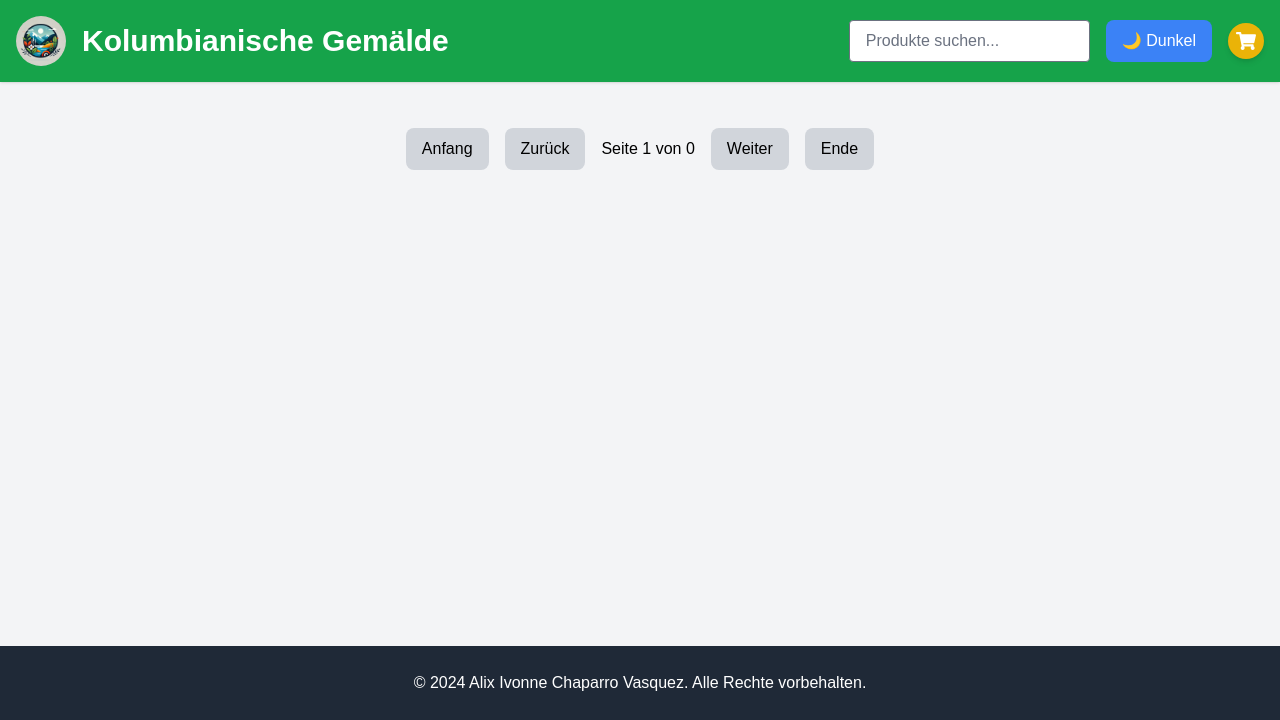
Repository: alixchaparrov/bilder-shop
Page: /
An editor plug-in stored every save of this project. The page is shown before and after the next save, followed by the edit.
The browser window is 1280 px wide. The pictures show the whole page.
The page's requests for data from a server got no answer. The project was rebuilt for these pictures with package versions that can differ from the ones it lists, and the page was loaded fresh each time. The framework's server and built-in components were replaced by stand-ins that run in the browser. No one was signed in, and anything a server would have sent is missing. Also part of the build but not shown: next.config.ts, src/app/components/ProductCard.tsx.

Above is the page before, as saved 2024-12-27 17:12:43.

### src/app/layout.tsx
"use client";

import "./globals.css";
import { Geist, Geist_Mono } from "next/font/google";

const geistSans = Geist({
  variable: "--font-geist-sans",
  subsets: ["latin"],
});

const geistMono = Geist_Mono({
  variable: "--font-geist-mono",
  subsets: ["latin"],
});

export default function RootLayout({
  children,
}: {
  children: React.ReactNode;
}) {
  return (
    <html lang="de">
      <head>
        <title>Kolumbianische Gemälde</title>
        <meta
          name="description"
          content="Galerie von kolumbianischen Landschaftsgemälden. Entdecken Sie die Schönheit Kolumbiens durch unsere einzigartigen Kunstwerke."
        />
        <meta
          name="keywords"
          content="Kolumbianische Kunst, Landschaftsgemälde, Gemälde kaufen"
        />
        <link rel="icon" href="/favicon.ico" />
      </head>
      <body className={`${geistSans.variable} ${geistMono.variable} antialiased`}>
        {children}
      </body>
    </html>
  );
}

### src/app/page.tsx
"use client";

import { useState, useEffect } from "react";
import client from "@/lib/sanity";
import ProductCard from "@/app/components/ProductCard";
import Image from "next/image";
import { useCartStore } from "@/store/cartStore";
import { FaMinus, FaPlus, FaTrash, FaShoppingCart } from "react-icons/fa";

export default function Home() {
  const [products, setProducts] = useState([]);
  const { cart, addToCart, removeFromCart, clearCart, removeOneFromCart } =
    useCartStore();
  const [searchQuery, setSearchQuery] = useState("");
  const [darkMode, setDarkMode] = useState(false);
  const [showCart, setShowCart] = useState(false);
  const [currentPage, setCurrentPage] = useState(1);
  const itemsPerPage = 6;

  useEffect(() => {
    const fetchProducts = async () => {
      try {
        const fetchedProducts = await client.fetch(`*[_type == "product"]`);
        setProducts(fetchedProducts);
      } catch (err) {
        console.error("Error al cargar productos:", err);
      }
    };

    fetchProducts();
  }, []);

  const filteredProducts = products.filter((product) =>
    product.name.toLowerCase().includes(searchQuery.toLowerCase())
  );

  const totalPages = Math.ceil(filteredProducts.length / itemsPerPage);
  const paginatedProducts = filteredProducts.slice(
    (currentPage - 1) * itemsPerPage,
    currentPage * itemsPerPage
  );

  const getTotalPrice = () => {
    return cart.reduce((total, item) => total + item.price * item.quantity, 0);
  };

  return (
    <div
      className={`min-h-screen flex flex-col ${
        darkMode ? "bg-gray-900 text-white" : "bg-gray-100 text-black"
      }`}
    >
      {/* Barra de navegación */}
      <nav className="p-4 fixed top-0 w-full shadow bg-green-600 text-white z-10">
        <div className="max-w-7xl mx-auto flex justify-between items-center">
          <div className="flex items-center space-x-4">
            <Image
              src="/images/logo.png"
              alt="Kolumbianische Gemälde Logo"
              width={50}
              height={50}
              className="rounded-full"
            />
            <h1 className="text-3xl font-bold">Kolumbianische Gemälde</h1>
          </div>
          <div className="flex items-center space-x-4">
            <input
              type="text"
              placeholder="Produkte suchen..."
              className="px-4 py-2 rounded-lg text-black"
              value={searchQuery}
              onChange={(e) => setSearchQuery(e.target.value)}
            />
            <button
              className={`px-4 py-2 rounded-lg ${
                darkMode ? "bg-yellow-500" : "bg-blue-500"
              }`}
              onClick={() => setDarkMode(!darkMode)}
            >
              {darkMode ? "🌞 Hell" : "🌙 Dunkel"}
            </button>
            <button
              className="cart-button flex items-center space-x-2 text-white"
              onClick={() => setShowCart(!showCart)}
            >
              <FaShoppingCart size={20} />
              {cart.length > 0 && (
                <span className="cart-counter">
                  {cart.reduce((total, item) => total + item.quantity, 0)}
                </span>
              )}
            </button>
          </div>
        </div>
      </nav>

      {/* Contenido principal */}
      <main className="flex-grow pt-24 p-4 sm:p-8 max-w-7xl mx-auto">
        <h2 className="text-2xl sm:text-3xl lg:text-4xl font-semibold text-center mb-6">
          Unsere Gemälde
        </h2>
        <div className="grid grid-cols-1 sm:grid-cols-2 lg:grid-cols-3 gap-6">
          {paginatedProducts.map((product) => (
            <ProductCard key={product._id} product={product} />
          ))}
        </div>

        {/* Paginación */}
        <div className="flex justify-center items-center mt-8 space-x-4">
          <button
            className="bg-gray-300 px-4 py-2 rounded-lg"
            disabled={currentPage === 1}
            onClick={() => setCurrentPage(1)}
          >
            Anfang
          </button>
          <button
            className="bg-gray-300 px-4 py-2 rounded-lg"
            disabled={currentPage === 1}
            onClick={() => setCurrentPage(currentPage - 1)}
          >
            Zurück
          </button>
          <span>
            Seite {currentPage} von {totalPages}
          </span>
          <button
            className="bg-gray-300 px-4 py-2 rounded-lg"
            disabled={currentPage === totalPages}
            onClick={() => setCurrentPage(currentPage + 1)}
          >
            Weiter
          </button>
          <button
            className="bg-gray-300 px-4 py-2 rounded-lg"
            disabled={currentPage === totalPages}
            onClick={() => setCurrentPage(totalPages)}
          >
            Ende
          </button>
        </div>
      </main>

      {/* Modal del carrito */}
      {showCart && (
        <div className="modal-overlay" onClick={() => setShowCart(false)}>
          <div className="modal-content" onClick={(e) => e.stopPropagation()}>
            <h2 className="modal-header">Warenkorb</h2>
            {cart.length > 0 ? (
              <>
                <ul>
                  {cart.map((item) => (
                    <li
                      key={item._id}
                      className="flex justify-between items-center"
                    >
                      <span>
                        {item.name} (x{item.quantity}) - {item.price * item.quantity} €
                      </span>
                      <div className="flex items-center space-x-2">
                        {/* Botón para disminuir cantidad */}
                        <button
                          onClick={() => removeOneFromCart(item._id)}
                          className="text-yellow-500 hover:text-yellow-700"
                          title="Reduzca la cantidad"
                        >
                          <FaMinus />
                        </button>

                        {/* Botón para agregar más */}
                        <button
                          onClick={() => addToCart(item)}
                          className="text-green-500 hover:text-green-700"
                          title="Agregar uno más"
                        >
                          <FaPlus />
                        </button>

                        {/* Botón para eliminar completamente */}
                        <button
                          onClick={() => removeFromCart(item._id)}
                          className="text-red-500 hover:text-red-700"
                          title="Eliminar producto"
                        >
                          <FaTrash />
                        </button>
                      </div>
                    </li>
                  ))}
                </ul>
                <div className="mt-4 flex justify-between">
                  <button
                    onClick={() => clearCart()}
                    className="bg-red-500 text-white px-4 py-2 rounded hover:bg-red-600"
                  >
                    Warenkorb leeren
                  </button>
                  <span className="font-bold text-lg">
                    Gesamtpreis: {getTotalPrice()} €
                  </span>
                </div>
              </>
            ) : (
              <p>Ihr Warenkorb ist leer</p>
            )}
            <button className="modal-close" onClick={() => setShowCart(false)}>
              Schließen
            </button>
          </div>
        </div>
      )}

      {/* Footer */}
      <footer className="bg-gray-800 text-white p-6 text-center">
        <p>
          © {new Date().getFullYear()} Alix Ivonne Chaparro Vasquez. Alle Rechte
          vorbehalten.
        </p>
      </footer>
    </div>
  );
}

### src/app/globals.css
@tailwind base;
@tailwind components;
@tailwind utilities;

/* Variables de color */
:root {
  --background: #ffffff; /* Fondo claro */
  --foreground: #000000; /* Texto oscuro */
  --primary: #00704A; /* Verde primario */
  --secondary: #FFB400; /* Amarillo vibrante */
  --accent: #D62828; /* Rojo cálido */
}

.dark {
  --background: #000000; /* Fondo oscuro */
  --foreground: #ffffff; /* Texto claro */
  --primary: #34D399; /* Verde más claro para fondo oscuro */
  --secondary: #FACC15; /* Amarillo claro para fondo oscuro */
  --accent: #EF4444; /* Rojo vibrante */
}

@media (prefers-color-scheme: dark) {
  :root {
    --background: #0a0a0a;
    --foreground: #ededed;
  }
}

/* Estilo general */
body {
  color: var(--foreground);
  background: var(--background);
  font-family: Arial, Helvetica, sans-serif;
  line-height: 1.6; /* Mejor legibilidad */
}

/* Espaciado adicional */
main {
  padding-top: 6rem; /* Más espacio debajo de la barra de navegación */
}

/* Botones */
.btn-primary {
  @apply px-4 py-2 font-bold rounded transition duration-300;
}

.btn-green {
  @apply bg-green-500 text-white px-4 py-2 rounded-lg hover:bg-green-600 active:scale-95 shadow-sm;
}

.btn-yellow {
  @apply bg-yellow-500 text-black px-4 py-2 rounded-lg hover:bg-yellow-600 active:scale-95 shadow-sm;
}

.btn-gray {
  @apply bg-gray-600 text-gray-400 opacity-50 cursor-not-allowed shadow-none px-4 py-2;
}

/* Botón del carrito */
.cart-button {
  @apply relative flex items-center justify-center p-2 rounded-full bg-yellow-500 hover:bg-yellow-600 transition-colors duration-300 shadow-md;
}

.cart-counter {
  @apply absolute -top-1 -right-1 bg-red-500 text-white rounded-full w-6 h-6 flex items-center justify-center text-sm font-bold shadow-lg;
}

/* Iconos */
.icon-cart {
  @apply flex items-center justify-center rounded-full p-2 shadow-md;
  background-color: var(--secondary);
  color: var(--foreground);
  transition: transform 0.3s;
}

.icon-cart:hover {
  @apply scale-105;
}

.icon-cart-badge {
  @apply absolute bg-red-500 text-white rounded-full flex items-center justify-center text-xs font-bold;
  width: 1.5rem;
  height: 1.5rem;
  top: -0.5rem;
  right: -0.5rem;
  box-shadow: 0 2px 4px rgba(0, 0, 0, 0.2);
}

/* Modal del carrito */
.modal-overlay {
  @apply fixed inset-0 bg-black bg-opacity-60 flex justify-center items-center z-50;
}

.modal-content {
  @apply bg-white text-black dark:bg-gray-800 dark:text-gray-200 p-6 rounded-lg shadow-lg max-w-lg w-full;
}

.modal-content .text-lg {
  font-size: 1.125rem;
}

.modal-content .text-xl {
  font-size: 1.25rem;
  font-weight: bold;
  color: var(--primary); /* Usa tu color principal */
}


.modal-header {
  @apply text-lg font-bold mb-4 text-center;
}

.modal-close {
  @apply mt-4 w-full bg-gray-800 text-white py-2 rounded hover:bg-gray-700 dark:bg-gray-600 dark:hover:bg-gray-500;
}

/* Estilo para las tarjetas */
.card {
  @apply bg-card shadow-card rounded-lg overflow-hidden flex flex-col transition-transform duration-300 hover:scale-105 hover:shadow-lg;
}

.card-title {
  @apply text-lg sm:text-xl font-serif font-bold;
}

.card-description {
  @apply text-sm sm:text-base text-gray-600;
}

.card-price {
  @apply text-lg font-semibold text-accent mt-2;
}

.cart-button {
  @apply relative flex items-center justify-center p-2 rounded-full bg-yellow-500 hover:bg-yellow-600 transition-colors duration-300 shadow-md;
}

.cart-counter {
  @apply absolute -top-1 -right-1 bg-red-500 text-white rounded-full w-6 h-6 flex items-center justify-center text-sm font-bold shadow-lg;
}

/* Estilo para inputs */
input[type="text"] {
  @apply px-4 py-2 rounded border focus:outline-none focus:ring-2 focus:ring-secondary;
  transition: box-shadow 0.3s;
}

/* Transiciones suaves */
button {
  transition: transform 0.3s ease, background-color 0.3s ease, color 0.3s ease;
}

button:hover {
  transform: translateY(-2px);
}

button:active {
  transform: scale(0.95);
}

/* Contenedor de las tarjetas */
.grid-container {
  @apply gap-8;
}


/* Ajustes específicos para el diseño */
.navbar {
  @apply bg-primary text-textLight fixed top-0 left-0 right-0 z-50 flex justify-between items-center p-4;
}

.navbar input {
  @apply bg-white border-gray-300 rounded px-4 py-2 focus:outline-none focus:ring-2 focus:ring-secondary;
}

.footer {
  @apply bg-gray-800 text-white text-center py-6;
}

### src/lib/sanity.ts
import { createClient } from "@sanity/client";
import imageUrlBuilder from "@sanity/image-url";

const client = createClient({
  projectId: "mo3mvugi", // Reemplaza con tu Project ID
  dataset: "production",
  apiVersion: "2023-01-01",
  useCdn: true,
});

const builder = imageUrlBuilder(client);

export const urlFor = (source) => builder.image(source);

export default client;

### src/store/cartStore.ts
import { create } from "zustand";

export const useCartStore = create((set) => ({
  cart: [],
  addToCart: (product) =>
    set((state) => {
      const existingProduct = state.cart.find(
        (item) => item._id === product._id
      );
      const updatedCart = existingProduct
        ? state.cart.map((item) =>
            item._id === product._id
              ? { ...item, quantity: item.quantity + 1 }
              : item
          )
        : [...state.cart, { ...product, quantity: 1 }];
      return { cart: updatedCart };
    }),
  removeFromCart: (productId) =>
    set((state) => ({
      cart: state.cart.filter((item) => item._id !== productId),
    })),
    removeOneFromCart: (productId) =>
      set((state) => {
        console.log("Antes de eliminar uno:", state.cart);
        const updatedCart = state.cart
          .map((item) =>
            item._id === productId && item.quantity > 1
              ? { ...item, quantity: item.quantity - 1 }
              : item
          )
          .filter((item) => item.quantity > 0);
        console.log("Después de eliminar uno:", updatedCart);
        return { cart: updatedCart };
      }),



  clearCart: () => set({ cart: [] }), // Función para vaciar el carrito
  getTotalPrice: () => {
    const totalPrice = (get().cart || []).reduce(
      (total, item) => total + item.price * item.quantity,
      0
    );
    return totalPrice;
  },
}));

### tailwind.config.ts
import type { Config } from "tailwindcss";

import forms from "@tailwindcss/forms";

export default {
  content: [
    "./src/**/*.{js,ts,jsx,tsx}",
    "./src/pages/**/*.{js,ts,jsx,tsx}",
    "./src/components/**/*.{js,ts,jsx,tsx}",
    "./src/app/**/*.{js,ts,jsx,tsx}",
  ],
  theme: {
    extend: {
      colors: {
        primary: "#00704A", // Verde oscuro para un estilo tropical
        secondary: "#FFB400", // Amarillo vibrante para resaltar
        accent: "#D62828", // Rojo cálido para botones o acentos
        background: "#F3F4F6", // Fondo neutro claro
        card: "#FFFFFF", // Fondo blanco para tarjetas
        textDark: "#1B1B1B", // Texto oscuro
        textLight: "#FAFAFA", // Texto claro
      },
      fontFamily: {
        sans: ["Poppins", "sans-serif"], // Elegante y moderna
        serif: ["Merriweather", "serif"], // Clásica para títulos
      },
      boxShadow: {
        card: "0 4px 6px rgba(0, 0, 0, 0.1)", // Sombra suave para tarjetas
      },
    },
  },
  darkMode: "class", // Activa el soporte para modo oscuro
  plugins: [require("@tailwindcss/forms")], // Usa el plugin importado
} satisfies Config;

After the next save:
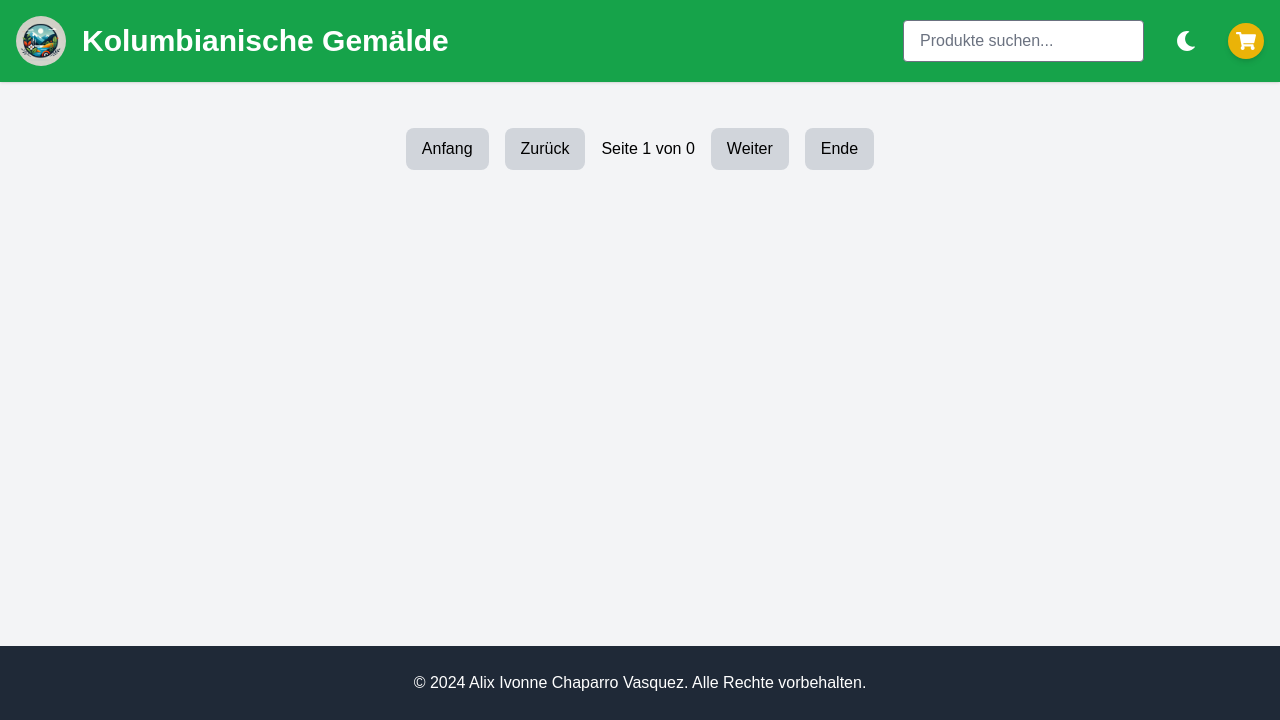
Saved 2 min 28 s later.
--- a/src/app/page.tsx
+++ b/src/app/page.tsx
@@ -5,7 +5,7 @@ import client from "@/lib/sanity";
 import ProductCard from "@/app/components/ProductCard";
 import Image from "next/image";
 import { useCartStore } from "@/store/cartStore";
-import { FaMinus, FaPlus, FaTrash, FaShoppingCart } from "react-icons/fa";
+import { FaMinus, FaPlus, FaTrash, FaShoppingCart, FaMoon, FaSun } from "react-icons/fa";
 
 export default function Home() {
   const [products, setProducts] = useState([]);
@@ -72,12 +72,10 @@ export default function Home() {
               onChange={(e) => setSearchQuery(e.target.value)}
             />
             <button
-              className={`px-4 py-2 rounded-lg ${
-                darkMode ? "bg-yellow-500" : "bg-blue-500"
-              }`}
+              className="px-4 py-2 rounded-lg"
               onClick={() => setDarkMode(!darkMode)}
             >
-              {darkMode ? "🌞 Hell" : "🌙 Dunkel"}
+              {darkMode ? <FaSun size={20} /> : <FaMoon size={20} />}
             </button>
             <button
               className="cart-button flex items-center space-x-2 text-white"
